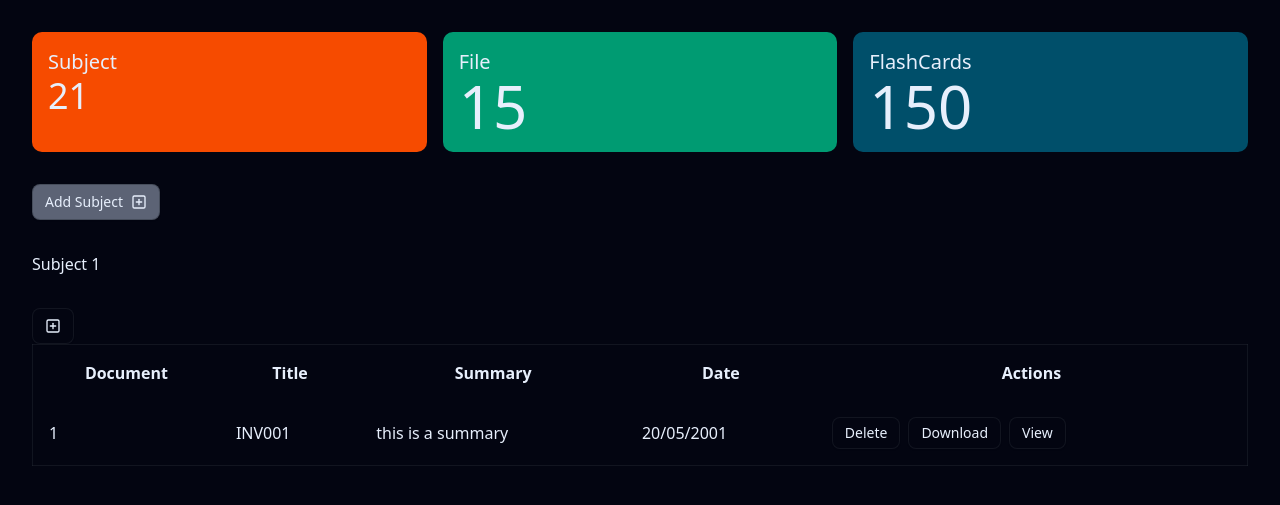
Repository: SywarDer/Student-Assistance
Page: /dashboard (app in student-assistant/)
These files come from the project's save history. The page is drawn as it stood at one moment and after the next save; the edit follows.
The browser window is 1280 px wide. The pictures show the whole page.
The project was rebuilt for these pictures with package versions that can differ from the ones it lists, and the page was loaded fresh each time. The framework's server and built-in components were replaced by stand-ins that run in the browser. Also part of the build but not shown: student-assistant/next.config.ts, student-assistant/components/ui/input.tsx.

Above is the page before, as saved 2025-11-04 17:36:02.

### student-assistant/app/layout.tsx
import type { Metadata } from "next";
import { Geist, Geist_Mono } from "next/font/google";
import "./globals.css";
import { SidebarProvider, SidebarTrigger } from "@/components/ui/sidebar";


const geistSans = Geist({
  variable: "--font-geist-sans",
  subsets: ["latin"],
});

const geistMono = Geist_Mono({
  variable: "--font-geist-mono",
  subsets: ["latin"],
});

export const metadata: Metadata = {
  title: "Create Next App",
  description: "Generated by create next app",
};

export default function RootLayout({
children,
}: Readonly<{
  children: React.ReactNode;
}>) {
  return (
    <html lang="en">
      <body
        className={`${geistSans.variable} ${geistMono.variable} antialiased`}
      >


        {children}

      </body>
    </html>
  );
}

### student-assistant/app/dashboard/page.tsx
"use client";
import { Button } from "@/components/ui/button";
import { Input } from "@/components/ui/input";
import { TableCaption, TableHeader, TableRow, TableHead, TableBody, TableCell, TableFooter } from "@/components/ui/table";
import { Dialog, DialogTrigger, DialogContent, DialogTitle, DialogDescription, DialogClose } from "@radix-ui/react-dialog";
import { Popover, PopoverTrigger, PopoverContent } from "@radix-ui/react-popover";
import { PlusSquare, Table } from "lucide-react";
import { Label } from "recharts";

export default function Dashboard() {

    const documents = [
        {
            id: "1",
            title: "INV001",
            date: "20/05/2001",
            summary: "this is a summary",
            actions: <div className="flex">
                <Button variant="outline" size="sm" className="mr-2">Delete</Button>
                <Button variant="outline" size="sm" className="mr-2">Download</Button>
                <Button variant="outline" size="sm">View</Button>
            </div>,
        }
    ]
    return (

        <div className="m-8 space-y-8">
            {/*Dashboard Cards*/}
            <div className="flex space-x-4 justify-between w-full">
                <div className="rounded-lg p-4 w-1/3" style={{
                    backgroundColor: "var(--chart-1)",
                    color: "var(--card-foreground)",
                }}>
                    <h1 className="text-xl">Subject</h1>
                    <h1 className="text-4xl">21</h1>
                </div>
                <div className="rounded-lg p-4 w-1/3" style={{
                    backgroundColor: "var(--chart-2)",
                    color: "var(--card-foreground)",
                }}>
                    <h1 className="text-xl">File</h1>
                    <h1 className="text-6xl">15</h1>
                </div>
                <div className="rounded-lg p-4 w-1/3" style={{
                    backgroundColor: "var(--chart-3)",
                    color: "var(--card-foreground)",
                }}>
                    <h1 className="text-xl">FlashCards</h1>
                    <h1 className="text-6xl">150</h1>
                </div>
            </div>

            {/* Button new subject */}
            <Popover>
                <PopoverTrigger asChild>
                    <Button variant="outline" className="cursor-pointer text-sm" style={{ backgroundColor: "var(--ring)" }}>
                    Add Subject <PlusSquare />
                    </Button>

                </PopoverTrigger>
                <PopoverContent className="w-80">
                    <div className="grid gap-4">
                        <div className="space-y-2">
                            <h4 className="leading-none font-medium">Subject</h4>
                            <p className="text-muted-foreground text-sm">
                                Set the details for the subject.
                            </p>
                        </div>
                        <div className="grid gap-2 ">
                            <div className="grid grid-cols-3 items-center gap-4">
                                <h1>Title</h1>
                                <Input
                                    id="width"
                                    defaultValue="100%"
                                    className="col-span-2 h-8"
                                />
                            </div>
                            <div className="grid grid-cols-3 items-center gap-4">
                                <h1>Summary</h1>
                                <Input
                                    id="maxWidth"
                                    defaultValue="300px"
                                    className="col-span-2 h-8"
                                />
                            </div>
                            <Button className="mt-4">Create Subject</Button>
                        </div>
                    </div>
                </PopoverContent>
            </Popover>

            {/** List of subjects */}

            <h1 className="text-md">Subject 1</h1>
            <table className="min-w-full border">

                <caption className="text-left text-xl cursor-pointer">

                    <Dialog>
                        <form>
                            <DialogTrigger asChild>
                                <Button variant="outline"><PlusSquare /></Button>
                            </DialogTrigger>
                            {/** Drag and drop a document */}
                            <DialogContent className="sm:max-w-[425px]">
                                <div>
                                    <DialogTitle>Upload Documents</DialogTitle>
                                    <DialogDescription>
                                        Drag and drop your files below or click the button to upload.
                                    </DialogDescription>
                                </div>

                                {/* Drag & Drop area */}
                                <div
                                    className="mt-4 flex flex-col items-center justify-center border-2 border-dashed border-gray-300 rounded-lg p-8 text-center cursor-pointer hover:border-gray-400 transition"
                                    onDragOver={(e) => e.preventDefault()}
                                    onDrop={(e) => {
                                        e.preventDefault();
                                        const files = Array.from(e.dataTransfer.files);
                                        console.log("Dropped files:", files);

                                    }}
                                >
                                    <svg
                                        xmlns="http://www.w3.org/2000/svg"
                                        width="40"
                                        height="40"
                                        viewBox="0 0 24 24"
                                        fill="none"
                                        stroke="currentColor"
                                        strokeWidth="2"
                                        strokeLinecap="round"
                                        strokeLinejoin="round"
                                        className="lucide lucide-upload text-gray-500 mb-2"
                                    >
                                        <path d="M21 15v4a2 2 0 0 1-2 2H5a2 2 0 0 1-2-2v-4" />
                                        <polyline points="17 8 12 3 7 8" />
                                        <line x1="12" x2="12" y1="3" y2="15" />
                                    </svg>
                                    <p className="text-sm text-gray-600">
                                        Drop your files here or click below to upload
                                    </p>
                                </div>

                                {/* Upload button */}
                                <div className="mt-4 flex justify-center space-x-3">
                                    <input
                                        type="file"
                                        id="file-upload"
                                        multiple
                                        className="hidden"
                                        onChange={(e) => {
                                            const files = Array.from(e.target.files ?? []);
                                            console.log("Selected files:", files);
                                            // TODO: handle upload logic
                                        }}
                                    />
                                    <label htmlFor="file-upload">
                                        <Button asChild>
                                            <span>Choose Files</span>
                                        </Button>
                                    </label>
                                    <Button type="submit">Upload</Button>
                                </div>

                                {/* Cancel button */}
                                <div className="mt-4 flex justify-end">
                                    <DialogClose asChild>
                                        <Button variant="outline">Cancel</Button>
                                    </DialogClose>
                                </div>
                            </DialogContent>

                        </form>
                    </Dialog>

                </caption>

                <thead className="gap-4">
                    <tr>
                        <th className="p-4">Document</th>
                        <th className="p-4">Title</th>
                        <th className="p-4">Summary</th>
                        <th className="p-4">Date</th>
                        <th className="p-4">Actions</th>
                    </tr>
                </thead>
                <tbody>
                    {documents.map((doc) => (
                        <tr key={doc.id}>
                            <td className="p-4">{doc.id}</td>
                            <td className="p-4">{doc.title}</td>
                            <td className="p-4">{doc.summary}</td>
                            <td className="p-4">{doc.date}</td>
                            <td className="p-4">{doc.actions}</td>
                        </tr>
                    ))}
                </tbody>
            </table>

        </div>

    )
}

### student-assistant/app/globals.css
@import "tailwindcss";
@import "tw-animate-css";

@custom-variant dark (&:is(.dark *));

@theme inline {
  --color-background: var(--background);
  --color-foreground: var(--foreground);
  --font-sans: var(--font-geist-sans);
  --font-mono: var(--font-geist-mono);
  --color-sidebar-ring: var(--sidebar-ring);
  --color-sidebar-border: var(--sidebar-border);
  --color-sidebar-accent-foreground: var(--sidebar-accent-foreground);
  --color-sidebar-accent: var(--sidebar-accent);
  --color-sidebar-primary-foreground: var(--sidebar-primary-foreground);
  --color-sidebar-primary: var(--sidebar-primary);
  --color-sidebar-foreground: var(--sidebar-foreground);
  --color-sidebar: var(--sidebar);
  --color-chart-5: var(--chart-5);
  --color-chart-4: var(--chart-4);
  --color-chart-3: var(--chart-3);
  --color-chart-2: var(--chart-2);
  --color-chart-1: var(--chart-1);
  --color-ring: var(--ring);
  --color-input: var(--input);
  --color-border: var(--border);
  --color-destructive: var(--destructive);
  --color-accent-foreground: var(--accent-foreground);
  --color-accent: var(--accent);
  --color-muted-foreground: var(--muted-foreground);
  --color-muted: var(--muted);
  --color-secondary-foreground: var(--secondary-foreground);
  --color-secondary: var(--secondary);
  --color-primary-foreground: var(--primary-foreground);
  --color-primary: var(--primary);
  --color-popover-foreground: var(--popover-foreground);
  --color-popover: var(--popover);
  --color-card-foreground: var(--card-foreground);
  --color-card: var(--card);
  --radius-sm: calc(var(--radius) - 4px);
  --radius-md: calc(var(--radius) - 2px);
  --radius-lg: var(--radius);
  --radius-xl: calc(var(--radius) + 4px);
}

:root {
  --radius: 0.625rem;

  /* Base dark background & text */
  --background: oklch(0.12 0.03 270);        /* Dark gray-blue */
  --foreground: oklch(0.95 0.02 260);        /* Soft white */

  /* Cards & popovers */
  --card: oklch(0.18 0.04 270);              /* Slightly lighter than background */
  --card-foreground: var(--foreground);
  --popover: oklch(0.18 0.04 270);
  --popover-foreground: var(--foreground);

  /* Primary & secondary */
  --primary: oklch(0.6 0.12 260);            /* Deep blue */
  --primary-foreground: var(--foreground);
  --secondary: oklch(0.45 0.08 280);         /* Soft purple */
  --secondary-foreground: var(--foreground);

  /* Muted & accents */
  --muted: oklch(0.2 0.03 270);
  --muted-foreground: oklch(0.7 0.02 260);
  --accent: oklch(0.65 0.15 350);            /* Magenta/pinkish accent */
  --accent-foreground: var(--foreground);

  /* Destructive actions */
  --destructive: oklch(0.6 0.25 30);         /* Dark red */
  --border: oklch(0.3 0.02 270 / 40%);
  --input: oklch(0.15 0.03 270);             /* Slightly darker than card */
  --ring: oklch(0.5 0.03 270);

  /* Charts */
  --chart-1: oklch(0.65 0.22 40);
  --chart-2: oklch(0.6 0.15 170);
  --chart-3: oklch(0.4 0.08 230);
  --chart-4: oklch(0.6 0.18 300);
  --chart-5: oklch(0.55 0.2 50);

  /* Sidebar */
  --sidebar: oklch(0.18 0.04 270);
  --sidebar-foreground: var(--foreground);
  --sidebar-primary: var(--primary);
  --sidebar-primary-foreground: var(--foreground);
  --sidebar-accent: var(--accent);
  --sidebar-accent-foreground: var(--foreground);
  --sidebar-border: oklch(0.3 0.02 270 / 40%);
  --sidebar-ring: oklch(0.5 0.03 270);
}

/* Optional light mode toggle */
.light {
  --background: oklch(0.98 0.02 260);       /* Light gray */
  --foreground: oklch(0.12 0.03 270);       /* Dark text */

  --card: oklch(0.99 0.03 260);
  --card-foreground: var(--foreground);
  --popover: oklch(0.99 0.03 260);
  --popover-foreground: var(--foreground);

  --primary: oklch(0.2 0.05 260);
  --primary-foreground: var(--foreground);
  --secondary: oklch(0.5 0.1 280);
  --secondary-foreground: var(--foreground);

  --muted: oklch(0.85 0.03 270);
  --muted-foreground: oklch(0.35 0.02 260);
  --accent: oklch(0.8 0.2 350);
  --accent-foreground: var(--foreground);

  --destructive: oklch(0.9 0.25 30);
  --border: oklch(0.8 0.02 270 / 30%);
  --input: oklch(0.95 0.03 260);
  --ring: oklch(0.7 0.03 270);

  --chart-1: oklch(0.65 0.22 40);
  --chart-2: oklch(0.6 0.15 170);
  --chart-3: oklch(0.4 0.08 230);
  --chart-4: oklch(0.6 0.18 300);
  --chart-5: oklch(0.55 0.2 50);

  --sidebar: oklch(0.95 0.03 260);
  --sidebar-foreground: var(--foreground);
  --sidebar-primary: var(--primary);
  --sidebar-primary-foreground: var(--foreground);
  --sidebar-accent: var(--accent);
  --sidebar-accent-foreground: var(--foreground);
  --sidebar-border: oklch(0.8 0.02 270 / 30%);
  --sidebar-ring: oklch(0.7 0.03 270);
}



@layer base {
  * {
    @apply border-border outline-ring/50;
  }
  body {
    @apply bg-background text-foreground;
  }
}

### student-assistant/components/ui/button.tsx
import * as React from "react"
import { Slot } from "@radix-ui/react-slot"
import { cva, type VariantProps } from "class-variance-authority"

import { cn } from "@/lib/utils"

const buttonVariants = cva(
  "inline-flex items-center justify-center gap-2 whitespace-nowrap rounded-md text-sm font-medium transition-all disabled:pointer-events-none disabled:opacity-50 [&_svg]:pointer-events-none [&_svg:not([class*='size-'])]:size-4 shrink-0 [&_svg]:shrink-0 outline-none focus-visible:border-ring focus-visible:ring-ring/50 focus-visible:ring-[3px] aria-invalid:ring-destructive/20 dark:aria-invalid:ring-destructive/40 aria-invalid:border-destructive",
  {
    variants: {
      variant: {
        default: "bg-primary text-primary-foreground hover:bg-primary/90",
        destructive:
          "bg-destructive text-white hover:bg-destructive/90 focus-visible:ring-destructive/20 dark:focus-visible:ring-destructive/40 dark:bg-destructive/60",
        outline:
          "border bg-background shadow-xs hover:bg-accent hover:text-accent-foreground dark:bg-input/30 dark:border-input dark:hover:bg-input/50",
        secondary:
          "bg-secondary text-secondary-foreground hover:bg-secondary/80",
        ghost:
          "hover:bg-accent hover:text-accent-foreground dark:hover:bg-accent/50",
        link: "text-primary underline-offset-4 hover:underline",
      },
      size: {
        default: "h-9 px-4 py-2 has-[>svg]:px-3",
        sm: "h-8 rounded-md gap-1.5 px-3 has-[>svg]:px-2.5",
        lg: "h-10 rounded-md px-6 has-[>svg]:px-4",
        icon: "size-9",
        "icon-sm": "size-8",
        "icon-lg": "size-10",
      },
    },
    defaultVariants: {
      variant: "default",
      size: "default",
    },
  }
)

function Button({
  className,
  variant,
  size,
  asChild = false,
  ...props
}: React.ComponentProps<"button"> &
  VariantProps<typeof buttonVariants> & {
    asChild?: boolean
  }) {
  const Comp = asChild ? Slot : "button"

  return (
    <Comp
      data-slot="button"
      className={cn(buttonVariants({ variant, size, className }))}
      {...props}
    />
  )
}

export { Button, buttonVariants }

Loaded but not shown: student-assistant/lib/utils.ts (common file)

After the next save:
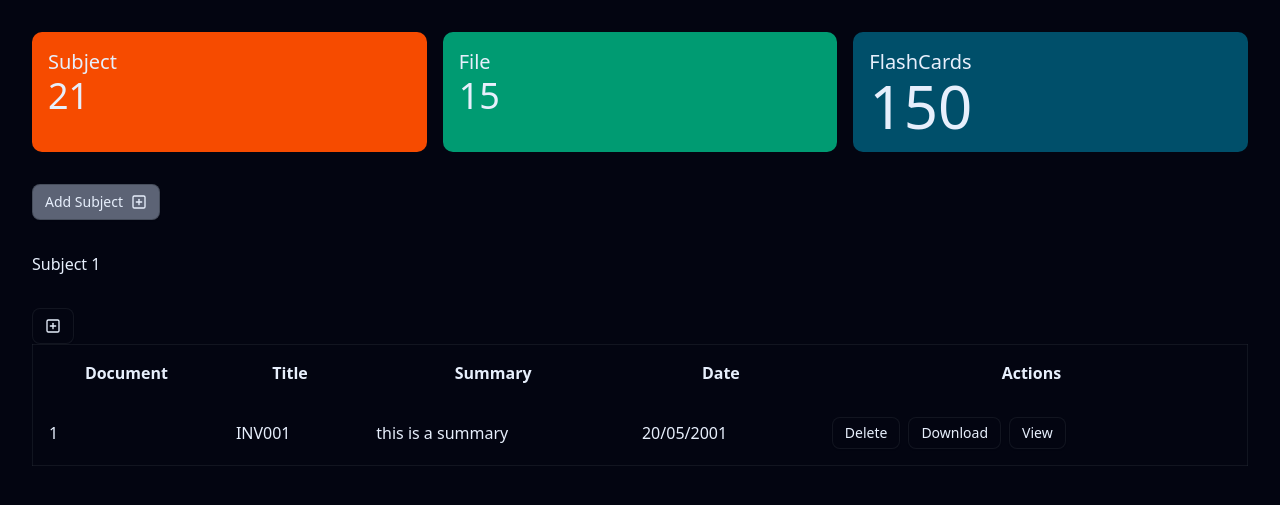
Saved 6 s later.
--- a/student-assistant/app/dashboard/page.tsx
+++ b/student-assistant/app/dashboard/page.tsx
@@ -39,7 +39,7 @@ export default function Dashboard() {
                     color: "var(--card-foreground)",
                 }}>
                     <h1 className="text-xl">File</h1>
-                    <h1 className="text-6xl">15</h1>
+                    <h1 className="text-4xl">15</h1>
                 </div>
                 <div className="rounded-lg p-4 w-1/3" style={{
                     backgroundColor: "var(--chart-3)",
